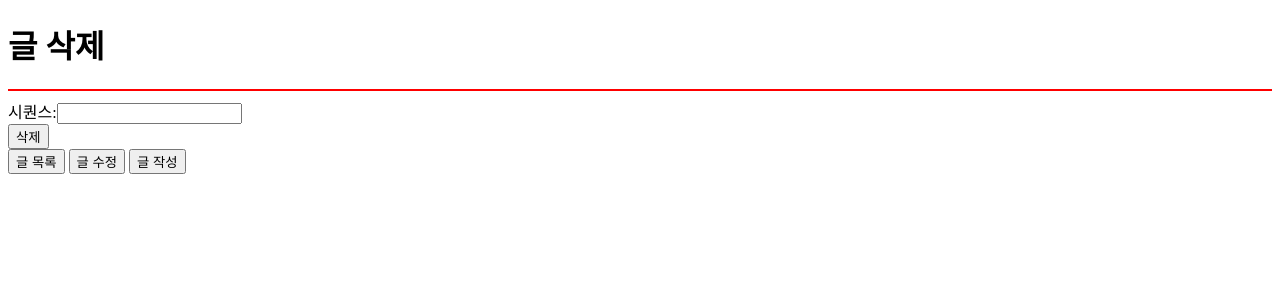
Repository: Yusubin/workEx
Page: test00/src/main/webapp/deleteForm.html
An editor plug-in stored every save of this project. The page is shown before and after the next save, followed by the edit.
The browser window is 1280 px wide. The pictures show the whole page.

Above is the page before, as saved 2022-02-15 03:25:19.

### test00/src/main/webapp/deleteForm.html
<!DOCTYPE html>
<html>
<head>
<meta charset="UTF-8">
<title>Insert title here</title>
</head>
<body>
<h1>글 삭제</h1>
	<hr color="red" >
	<form action="delete.jsp" method="get">
		시퀀스:<input type="text" name="idx"><br>
	<button>삭제</button>
	</form>
	<button onclick="location = 'boardList.jsp';">글 목록</button>
	<button onclick="location = 'modifyForm.html';">글 수정</button>
	<button onclick="location = 'index.html';">글 작성</button>
</body>
</html>

### test00/src/main/webapp/css/style.css
@charset "UTF-8";

input {
  width: 500px;
  height: 32px;
  font-size: 15px;
  border: 0;
  border-radius: 15px;
  outline: none;
  padding-left: 10px;
  background-color: rgb(233, 233, 233);
  margin:10px;
}

.container {width:100%;}

.section {
	width:900px;
	margin:0 auto;
}

.bluetop {
	border-collapse: collapse;
	border-top: 3px solid #168;
	width:100%;
}
.bluetop th {
  color: #168;
  background: #f0f6f9;
}
.bluetop th, .bluetop td {
  padding: 10px;
  border: 1px solid #ddd;
}
.bluetop th:first-child, .bluetop td:first-child {
  border-left: 0;
}
.bluetop th:last-child, .bluetop td:last-child {
  border-right: 0;
}

button{cursor:pointer;}

/*button*/
.btns {float:right;padding-top:5px;}
.btn_style_submit{width:100px; border:0; border-radius:8px; background:#5B88E7; color:#fff; height:36px; font-size:14px; display:inline-block; text-align:center; line-height:36px;}
.btn_style_cancel{width:100px; border:0; border-radius:8px; background:#000; color:#fff; height:36px; font-size:14px; display:inline-block; text-align:center; line-height:36px;}
.btn_style_edit{width:100px; border:0; border-radius:8px; background:#0BB5C2; color:#fff; height:36px; font-size:14px; display:inline-block; text-align:center; line-height:36px;}
.btn_style_delete{width:100px; border:0; border-radius:8px; background:#000; color:#fff; height:36px; font-size:14px; display:inline-block; text-align:center; line-height:36px;}

After the next save:
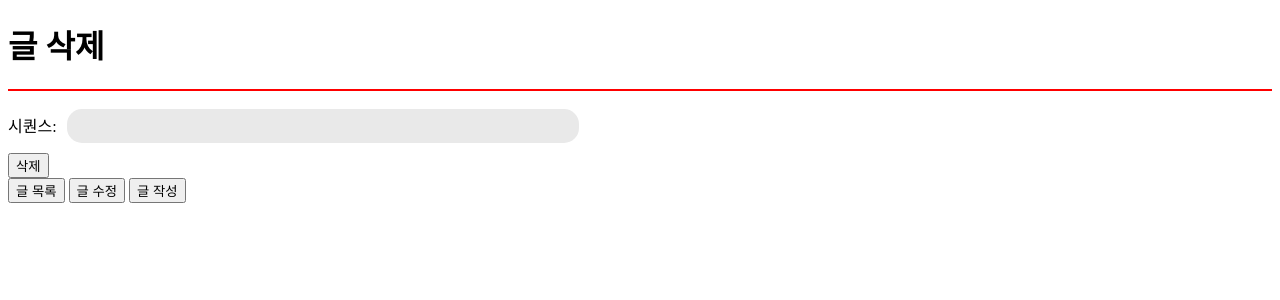
Saved 24 s later.
--- a/test00/src/main/webapp/deleteForm.html
+++ b/test00/src/main/webapp/deleteForm.html
@@ -3,6 +3,7 @@
 <head>
 <meta charset="UTF-8">
 <title>Insert title here</title>
+<link rel="stylesheet" type="text/css" href="css/style.css">
 </head>
 <body>
 <h1>글 삭제</h1>
